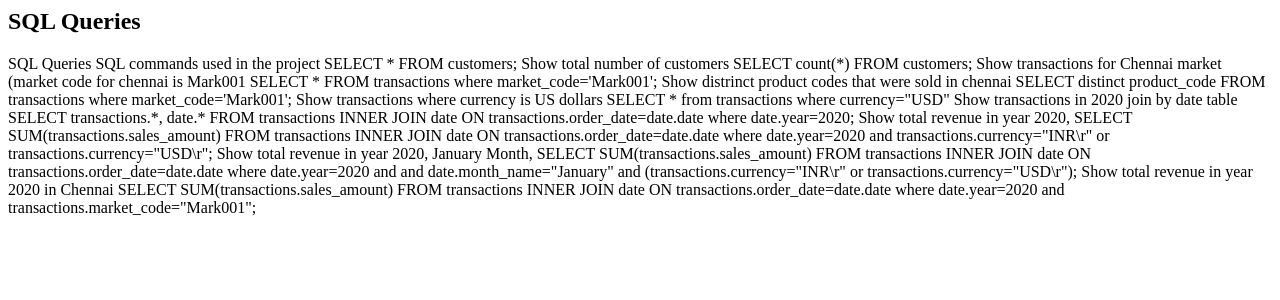
Repository: IslamInjila/new_portfolio
Page: images/salesInsight_bi.html
An editor plug-in stored every save of this project. The page is shown before and after the next save, followed by the edit.
The browser window is 1280 px wide. The pictures show the whole page.

Above is the page before, as saved 2021-06-02 15:33:17.

After the next save:
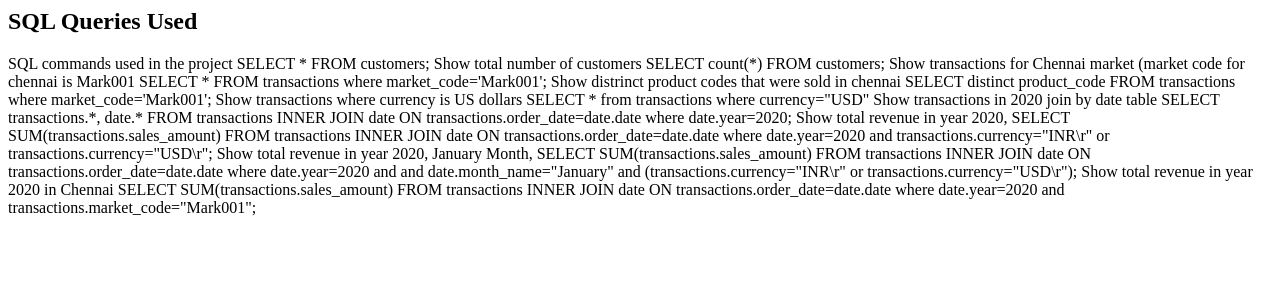
Saved 67 s later.
--- a/images/salesInsight_bi.html
+++ b/images/salesInsight_bi.html
@@ -2,7 +2,7 @@
 
 <body>
 
-<h2>SQL Queries</h2>SQL Queries
+<h2>SQL Queries Used</h2>
 
 SQL commands used in the project
 SELECT * FROM customers;
